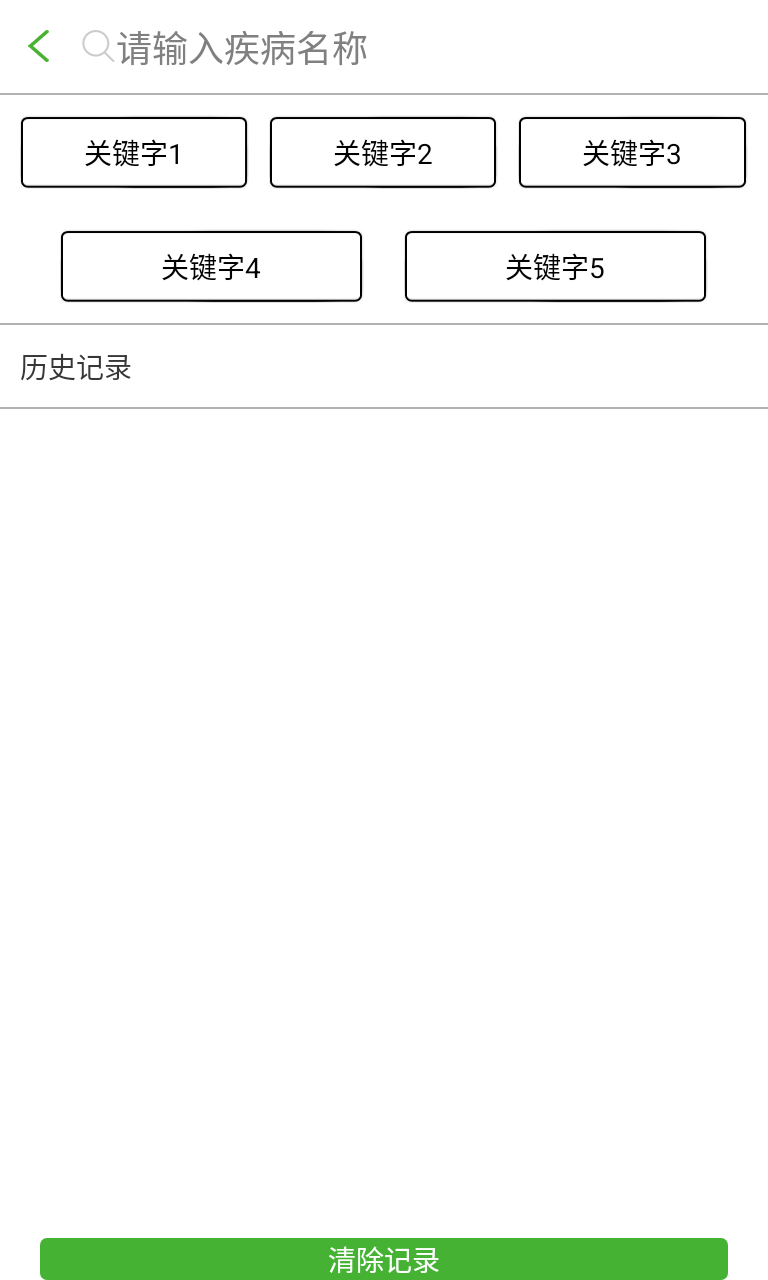
Repository: hjhlove110/XYApp
Layout: XYApp/res/layout/serache_view.xml
An editor plug-in stored every save of this project. The layout is shown before and after the next save, followed by the edit.
It is drawn on a 768 x 1280 px phone screen (xhdpi) without system bars, with theme Translucent; the app's code is not run. Lists and similar views that code fills are empty.

Above is the layout before, as saved 2015-09-23 06:00:59.

### XYApp/res/layout/serache_view.xml
<LinearLayout xmlns:android="http://schemas.android.com/apk/res/android"
    android:layout_width="fill_parent"
    android:layout_height="fill_parent"
    android:background="#ffffff"
    android:orientation="vertical" >

    <LinearLayout
        android:layout_width="match_parent"
        android:layout_height="wrap_content"
        android:layout_margin="10dp"
        android:gravity="left|center_vertical"
        android:orientation="horizontal" >

        <ImageButton
            android:id="@+id/btnBack"
            android:layout_width="wrap_content"
            android:layout_height="wrap_content"
            android:background="@drawable/btn_back_selector" />

        <EditText
            android:id="@+id/s_msg"
            android:layout_width="0dp"
            android:layout_height="wrap_content"
            android:layout_weight="1"
            android:background="#ffffff"
            android:drawableLeft="@drawable/serach1"
            android:gravity="center_vertical|left"
            android:hint="请输入疾病名称"
            android:paddingLeft="10dp"
            android:paddingRight="10dp"
            android:textColor="#49b233" />
    </LinearLayout>

    <View
        android:layout_width="match_parent"
        android:layout_height="1dp"
        android:background="#b2b2b2" />

    <LinearLayout
        android:layout_width="match_parent"
        android:layout_height="wrap_content"
        android:layout_margin="10dp"
        android:orientation="horizontal" >

        <Button
            android:id="@+id/btnMsg1"
            android:layout_width="0dp"
            android:layout_height="wrap_content"
            android:layout_weight="1"
            android:background="@drawable/edittext_back"
            android:paddingBottom="8dp"
            android:paddingTop="8dp"
            android:text="关键字1" />

        <Button
            android:id="@+id/btnMsg2"
            android:layout_width="0dp"
            android:layout_height="wrap_content"
            android:layout_marginLeft="10dp"
            android:layout_marginRight="10dp"
            android:layout_weight="1"
            android:background="@drawable/edittext_back"
            android:paddingBottom="8dp"
            android:paddingTop="8dp"
            android:text="关键字2" />

        <Button
            android:id="@+id/btnMsg3"
            android:layout_width="0dp"
            android:layout_height="wrap_content"
            android:layout_weight="1"
            android:background="@drawable/edittext_back"
            android:paddingBottom="8dp"
            android:paddingTop="8dp"
            android:text="关键字3" />
    </LinearLayout>

    <LinearLayout
        android:layout_width="match_parent"
        android:layout_height="wrap_content"
        android:layout_margin="10dp"
        android:orientation="horizontal" >

        <Button
            android:id="@+id/btnMsg4"
            android:layout_width="0dp"
            android:layout_height="wrap_content"
            android:layout_marginLeft="20dp"
            android:layout_weight="1"
            android:background="@drawable/edittext_back"
            android:paddingBottom="8dp"
            android:paddingTop="8dp"
            android:text="关键字4" />

        <Button
            android:id="@+id/btnMsg5"
            android:layout_width="0dp"
            android:layout_height="wrap_content"
            android:layout_marginLeft="20dp"
            android:layout_marginRight="20dp"
            android:layout_weight="1"
            android:background="@drawable/edittext_back"
            android:paddingBottom="8dp"
            android:paddingTop="8dp"
            android:text="关键字5" />
    </LinearLayout>

    <View
        android:layout_width="match_parent"
        android:layout_height="1dp"
        android:background="#b2b2b2" />

    <TextView
        android:layout_width="match_parent"
        android:layout_height="wrap_content"
        android:gravity="center_vertical"
        android:padding="10dp"
        android:text="历史记录"
        android:textColor="#373737" />

    <View
        android:layout_width="match_parent"
        android:layout_height="1dp"
        android:background="#b2b2b2" />

    <ListView
        android:id="@+id/listView"
        android:layout_width="match_parent"
        android:layout_height="wrap_content" >
    </ListView>

    <View
        android:layout_width="1dp"
        android:layout_height="0dp"
        android:layout_weight="1"
        android:visibility="invisible"
        android:background="#b2b2b2" />

    <Button
        android:id="@+id/btnClearn"
        android:layout_width="match_parent"
        android:layout_height="wrap_content"
        android:layout_marginLeft="20dp"
        android:layout_marginRight="20dp"
        android:background="@drawable/btn_bg_shape"
        android:text="清除记录"
        android:textColor="#ffffff" />

</LinearLayout>

### XYApp/res/values/styles.xml
<resources>

    <!--
        Base application theme, dependent on API level. This theme is replaced
        by AppBaseTheme from res/values-vXX/styles.xml on newer devices.



    -->
    <style name="AppBaseTheme" parent="Theme.AppCompat.Light">
        <!--
            Theme customizations available in newer API levels can go in
            res/values-vXX/styles.xml, while customizations related to
            backward-compatibility can go here.



        -->
    </style>

    <!-- Application theme. -->
    <style name="AppTheme" parent="AppBaseTheme">

        <!-- All customizations that are NOT specific to a particular API-level can go here. -->
        <item name="android:windowNoTitle">true</item>
    </style>

    <style name="CheckBoxMain">
        <item name="android:button">@null</item>
        <item name="android:paddingTop">12dip</item>
        <item name="android:gravity">center</item>
        <item name="android:background">@drawable/bg_mune</item>
        <item name="android:textSize">14sp</item>
        <item name="android:textColor">#656565</item>
        <item name="android:layout_width">0dip</item>
        <item name="android:layout_height">wrap_content</item>
        <item name="android:layout_weight">1</item>
    </style>

    <style name="Translucent" parent="@android:style/Theme.Translucent">
        <item name="android:windowNoTitle">true</item>
        <item name="android:windowIsFloating">true</item>
        <item name="android:windowIsTranslucent">true</item>
        <item name="android:windowContentOverlay">@null</item>
        <item name="android:windowAnimationStyle">@android:style/Animation.Dialog</item>
        <item name="android:backgroundDimEnabled">true</item>
    </style>

</resources>

### XYApp/res/drawable/btn_back_selector.xml
<?xml version="1.0" encoding="UTF-8"?>
<selector xmlns:android="http://schemas.android.com/apk/res/android">

    <item android:drawable="@drawable/l_back_p" android:state_checked="true"/>
    <item android:drawable="@drawable/l_back_p" android:state_pressed="true"/>
    <item android:drawable="@drawable/l_back"/>

</selector>

### XYApp/res/drawable/btn_bg_shape.xml
<?xml version="1.0" encoding="utf-8"?>
<shape xmlns:android="http://schemas.android.com/apk/res/android"
    android:shape="rectangle" >

    <corners android:radius="3dp" />

    <solid android:color="#45b233" />

    <stroke
        android:width="1dp"
        android:color="#45b233" />

</shape>

After the next save:
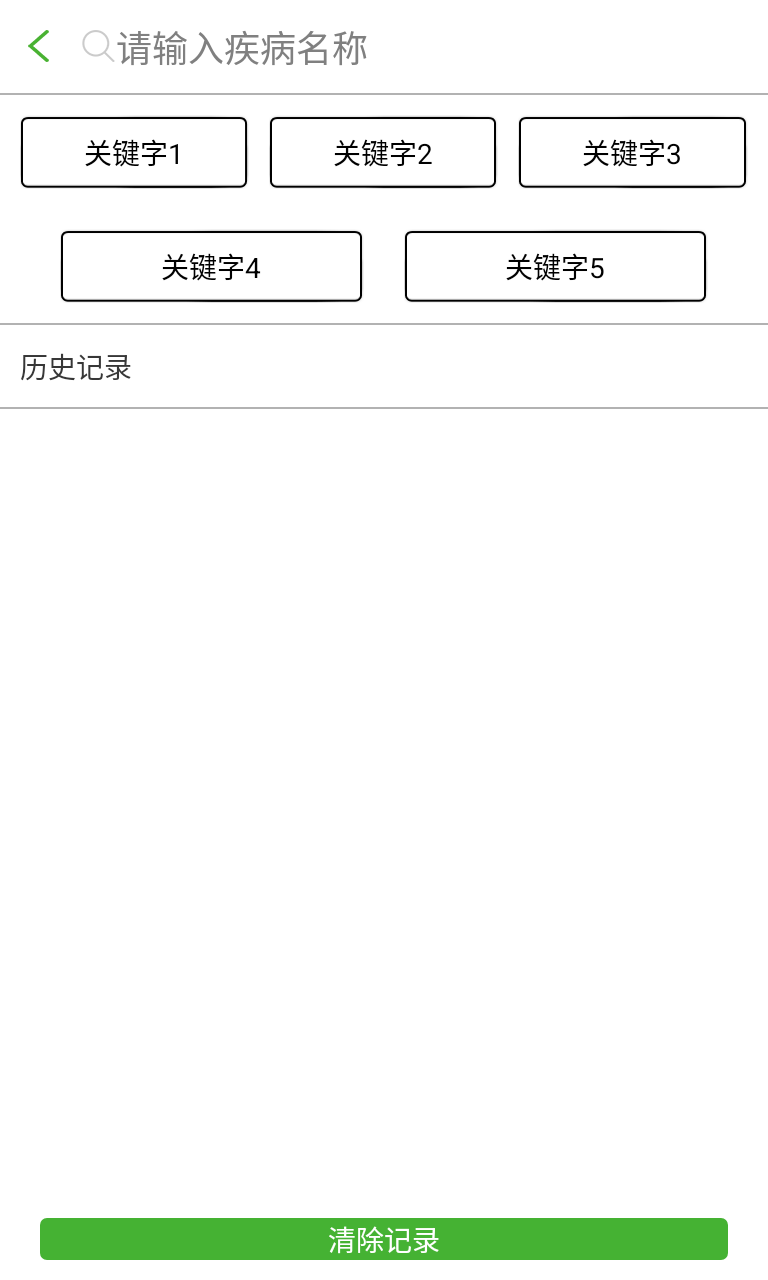
Saved 11 s later.
--- a/XYApp/res/layout/serache_view.xml
+++ b/XYApp/res/layout/serache_view.xml
@@ -142,6 +142,7 @@
         android:layout_height="wrap_content"
         android:layout_marginLeft="20dp"
         android:layout_marginRight="20dp"
+        android:layout_marginBottom="10dp"
         android:background="@drawable/btn_bg_shape"
         android:text="清除记录"
         android:textColor="#ffffff" />
